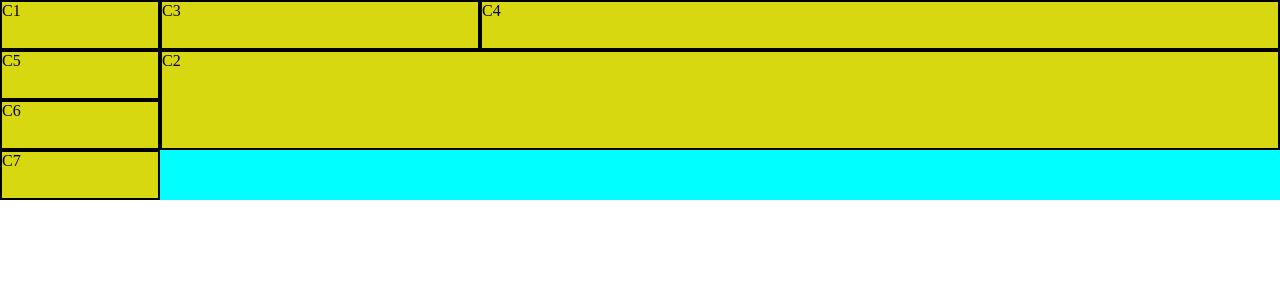
Repository: nepali2385/FUll-stack-practice
Page: Day5/Day5/grid.html
An editor plug-in stored every save of this project. The page is shown before and after the next save, followed by the edit.
The browser window is 1280 px wide. The pictures show the whole page.

Above is the page before, as saved 2024-08-27 15:26:20.

After the next save:
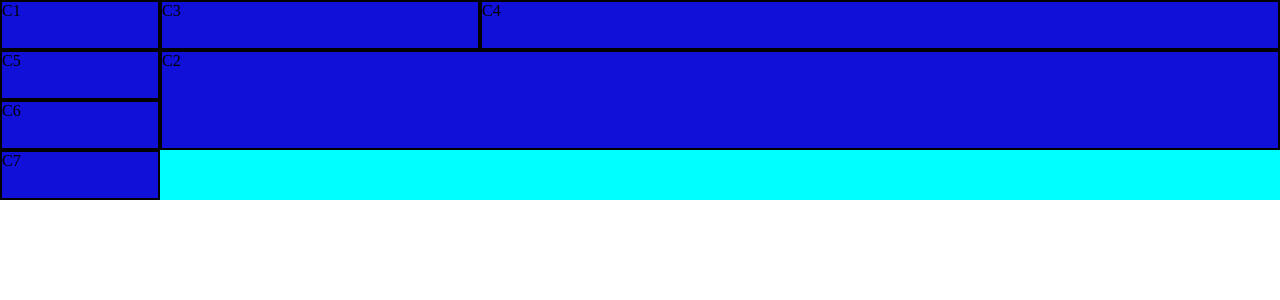
Saved 33 s later.
--- a/Day5/Day5/grid.css
+++ b/Day5/Day5/grid.css
@@ -20,7 +20,7 @@
     column-gap: 10px; */
 }
 .card{
-    background-color: rgb(216, 216, 16);
+    background-color: rgb(16, 16, 216);
     border:2px solid black;
 }
 .c2{
